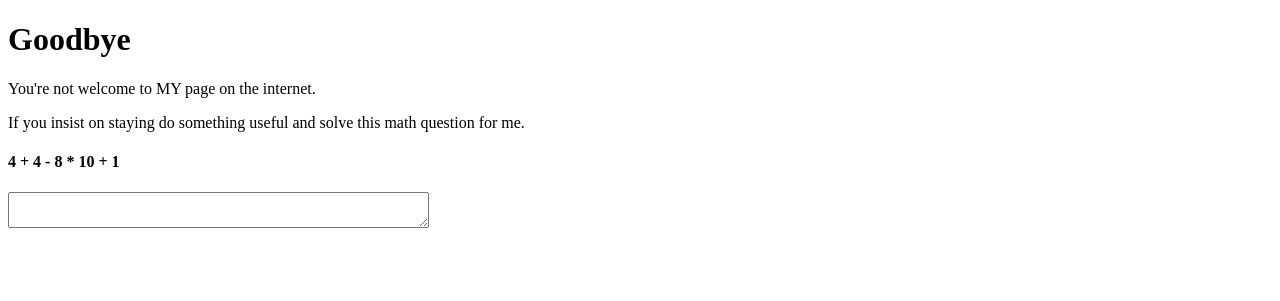
Repository: ParkerW98/Customer-Dis-service
Page: docs/index.html
These files come from the project's save history. The page is drawn as it stood at one moment and after the next save; the edit follows.
The browser window is 1280 px wide. The pictures show the whole page.

Above is the page before, as saved 2023-04-19 16:55:55.

### docs/index.html
<!DOCTYPE html>
<html lang="en">
<head>
    <meta charset="UTF-8">
    <meta http-equiv="X-UA-Compatible" content="IE=edge">
    <meta name="viewport" content="width=device-width, initial-scale=1.0">
    <title>Document</title>
</head>
<body>
    <h1>Goodbye</h1>
    <p>You're not welcome to MY page on the internet.</p>
    <p>If you insist on staying do something useful and solve this math question for me.</p>

    <form>
        <div id="math-problem">
            <h4>4 + 4 - 8 * 10 + 1</h4>
            <textarea cols="50" id="answer" onfocus="changeMath()"></textarea>
        </div>
    </form>
</body>
</html>

After the next save:
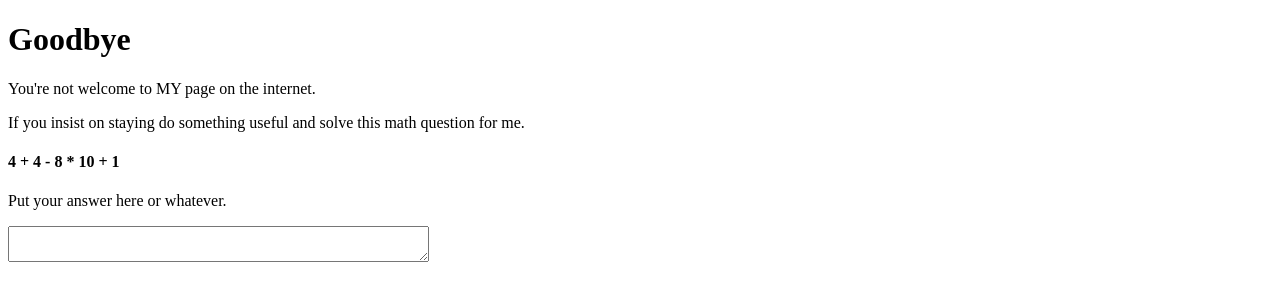
Saved 26 s later.
--- a/docs/index.html
+++ b/docs/index.html
@@ -14,6 +14,7 @@
     <form>
         <div id="math-problem">
             <h4>4 + 4 - 8 * 10 + 1</h4>
+            <p>Put your answer here or whatever.</p>
             <textarea cols="50" id="answer" onfocus="changeMath()"></textarea>
         </div>
     </form>
